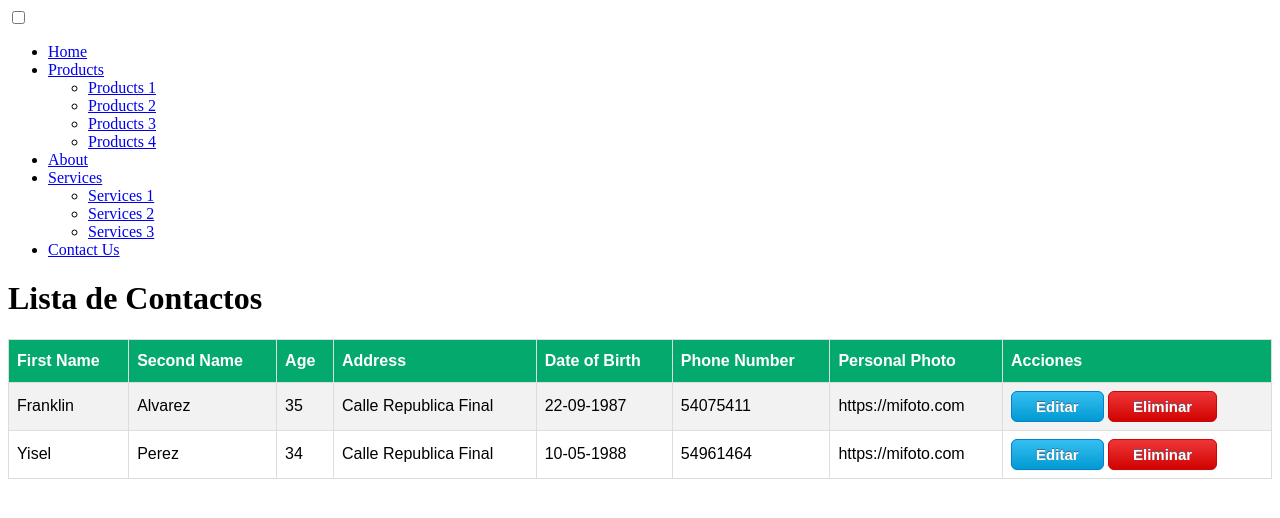
Repository: fgala1619/frontSistGestionBank
Page: index.html
An editor plug-in stored every save of this project. The page is shown before and after the next save, followed by the edit.
The browser window is 1280 px wide. The pictures show the whole page.

Above is the page before, as saved 2023-07-26 12:47:23.

### index.html
<link rel="stylesheet" href="style.css" />

<nav id='menu'>
  <input type='checkbox' id='responsive-menu' onclick='updatemenu()'><label></label>
  <ul>
    <li><a href='http://'>Home</a></li>
    <li><a class='dropdown-arrow' href='http://'>Products</a>
      <ul class='sub-menus'>
        <li><a href='http://'>Products 1</a></li>
        <li><a href='http://'>Products 2</a></li>
        <li><a href='http://'>Products 3</a></li>
        <li><a href='http://'>Products 4</a></li>
      </ul>
    </li>
    <li><a href='http://'>About</a></li>
    <li><a class='dropdown-arrow' href='http://'>Services</a>
      <ul class='sub-menus'>
        <li><a href='http://'>Services 1</a></li>
        <li><a href='http://'>Services 2</a></li>
        <li><a href='http://'>Services 3</a></li>
      </ul>
    </li>
    <li><a href='http://'>Contact Us</a></li>
  </ul>
</nav>




<h1>Lista de Contactos</h1>

<table id="customers">
    <tr>
        <th>First Name</th>
        <th>Second Name</th>
        <th>Age</th>
        <th>Address</th>
        <th>Date of Birth</th>
        <th>Phone Number</th>
        <th>Personal Photo</th>
        <th>Acciones</th>
    </tr>

    <tr>
        <td>Franklin</td>
        <td>Alvarez</td>
        <td>35</td>
        <td>Calle Republica Final</td>
        <td>22-09-1987</td>
        <td>54075411</td>
        <td>https://mifoto.com</td>
        <td>
            <a href="#" class="myButton">Editar</a>
            <a href="#" class="btnDelete">Eliminar</a>
        </td>
    </tr>

    <tr>
        <td>Yisel</td>
        <td>Perez</td>
        <td>34</td>
        <td>Calle Republica Final</td>
        <td>10-05-1988</td>
        <td>54961464</td>
        <td>https://mifoto.com</td>
        <td>
            <a href="#" class="myButton">Editar</a>
            <a href="#" class="btnDelete">Eliminar</a>
        </td>
    </tr>
</table>

### style.css
#customers {
        font-family: Arial, Helvetica, sans-serif;
        border-collapse: collapse;
        width: 100%;
    }

    #customers td, #customers th {
        border: 1px solid #ddd;
        padding: 8px;
    }

    #customers tr:nth-child(even){background-color: #f2f2f2;}
    #customers tr:hover{background-color:#ddd;}

    #customers th{
        padding-top: 12px;
        padding-bottom: 12px;
        text-align: left;
        background-color: #04AA6D;
        color: white;
    }

    .myButton{
        box-shadow: 0px 1px 0px 0px #f0f7fa;
        background: linear-gradient(to bottom, #33bdef 5%, #019ad2 100%);
        background-color:#33bdef;
        border-radius: 6px;
        border: 1px solid #057fd0;
        display: inline-block;
        cursor: pointer;
        color: #ffffff;
        font-family: Arial;
        font-size: 15px;
        font-weight: bold;
        padding: 6px 24px;
        text-decoration: none;
        text-shadow: 0px -1px 0px #5b6178;
    }
    .myButton:hover{
        background: linear-gradient(to bottom, #019ad2 5%, #33bdef 100%);
        background-color:#019ad2;
    }
    .myButton:active{
        position: relative;
        top: 1px;
    }

    .btnDelete{
        box-shadow: 0px 1px 0px 0px #f0f7fa;
        background: linear-gradient(to bottom, #ed3434 5%, #d10202 100%);
        background-color:#ed3434;
        border-radius: 6px;
        border: 1px solid #cf0606;
        display: inline-block;
        cursor: pointer;
        color: #ffffff;
        font-family: Arial;
        font-size: 15px;
        font-weight: bold;
        padding: 6px 24px;
        text-decoration: none;
        text-shadow: 0px -1px 0px #5b6178;
    }
    .btnDelete:hover{
        background: linear-gradient(to bottom, #d10202 5%, #ed3434 100%);
        background-color:#d10202;
    }
    .btnDelete:active{
        position: relative;
        top: 1px;
    }

### menu.css
#menu {
	background: #0099CC;
	color: #FFF;
	height: 45px;
	padding-left: 18px;
	border-radius: 10px;
}
#menu ul, #menu li {
	margin: 0 auto;
	padding: 0;
	list-style: none
}
#menu ul {
	width: 100%;
}
#menu li {
	float: left;
	display: inline;
	position: relative;
}
#menu a {
	display: block;
	line-height: 45px;
	padding: 0 14px;
	text-decoration: none;
	color: #FFFFFF;
	font-size: 16px;
}
#menu a.dropdown-arrow:after {
	content: "\25BE";
	margin-left: 5px;
}
#menu li a:hover {
	color: #0099CC;
	background: #F2F2F2;
}
#menu input {
	display: none;
	margin: 0;
	padding: 0;
	height: 45px;
	width: 100%;
	opacity: 0;
	cursor: pointer
}
#menu label {
	display: none;
	line-height: 45px;
	text-align: center;
	position: absolute;
	left: 35px
}
#menu label:before {
	font-size: 1.6em;
	content: "\2261";
	margin-left: 20px;
}
#menu ul.sub-menus{
	height: auto;
	overflow: hidden;
	width: 170px;
	background: #444444;
	position: absolute;
	z-index: 99;
	display: none;
}
#menu ul.sub-menus li {
	display: block;
	width: 100%;
}
#menu ul.sub-menus a {
	color: #FFFFFF;
	font-size: 16px;
}
#menu li:hover ul.sub-menus {
	display: block
}
#menu ul.sub-menus a:hover{
	background: #F2F2F2;
	color: #444444;
}
@media screen and (max-width: 800px){
	#menu {position:relative}
	#menu ul {background:#111;position:absolute;top:100%;right:0;left:0;z-index:3;height:auto;display:none}
	#menu ul.sub-menus {width:100%;position:static;}
	#menu ul.sub-menus a {padding-left:30px;}
	#menu li {display:block;float:none;width:auto;}
	#menu input, #menu label {position:absolute;top:0;left:0;display:block}
	#menu input {z-index:4}
	#menu input:checked + label {color:white}
	#menu input:checked + label:before {content:"\00d7"}
	#menu input:checked ~ ul {display:block}
}

After the next save:
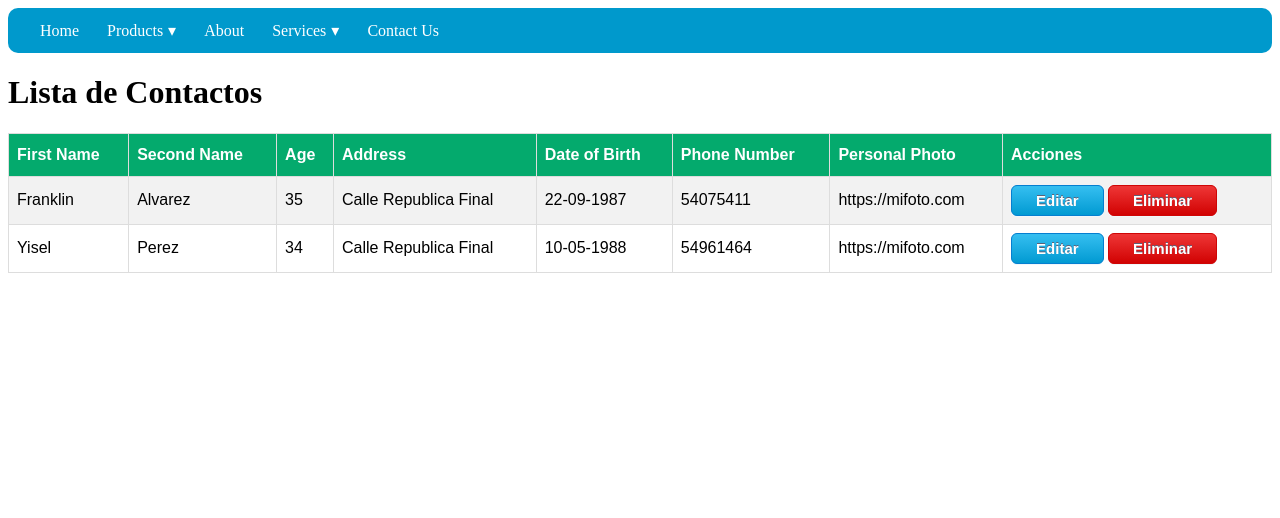
Saved 46 s later.
--- a/index.html
+++ b/index.html
@@ -1,4 +1,5 @@
 <link rel="stylesheet" href="style.css" />
+<link rel="stylesheet" href="menu.css" />
 
 <nav id='menu'>
   <input type='checkbox' id='responsive-menu' onclick='updatemenu()'><label></label>
